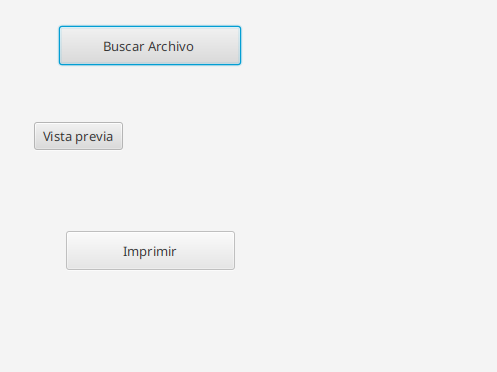
Repository: Johan2809/ImpresoraTest
Program's window: java ws/Impresora/src/application/Aplicacion.java
The author's editor kept a copy of each file at every save. The program's window is drawn from the files as they stood at one save, then again after the next save.
It runs on Java 21 on a 1366 x 768 screen with JavaFX 11; the title bar is not drawn.

Above is the program's window before, as saved 2023-04-17 04:47:16.

After the next save:
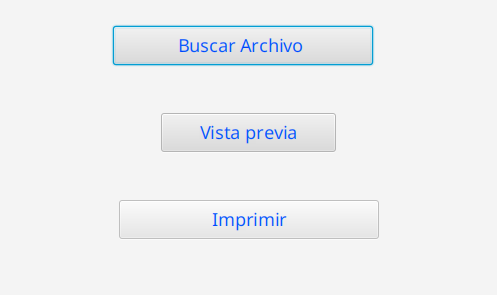
Saved 14 s later.
--- a/ws/Impresora/src/views/VentanaImpresionView.fxml
+++ b/ws/Impresora/src/views/VentanaImpresionView.fxml
@@ -1,18 +1,27 @@
 <?xml version="1.0" encoding="UTF-8"?>
 
+<?import javafx.scene.text.*?>
 <?import javafx.scene.image.*?>
 <?import javafx.scene.control.*?>
 <?import java.lang.*?>
 <?import javafx.scene.layout.*?>
 <?import javafx.scene.layout.AnchorPane?>
 
-<AnchorPane prefHeight="372.0" prefWidth="300.0" xmlns="http://javafx.com/javafx/8" xmlns:fx="http://javafx.com/fxml/1" fx:controller="controllers.VentanaImpresionController">
+<AnchorPane prefHeight="295.0" prefWidth="497.0" xmlns="http://javafx.com/javafx/8" xmlns:fx="http://javafx.com/fxml/1" fx:controller="controllers.VentanaImpresionController">
    <children>
-      <Button fx:id="btnBuscar" layoutX="59.0" layoutY="26.0" mnemonicParsing="false" onAction="#BuscarArchivo" prefHeight="39.0" prefWidth="182.0" text="Buscar Archivo " />
-      <Button fx:id="btnImprimir" layoutX="66.0" layoutY="231.0" mnemonicParsing="false" onAction="#ImprimirArchivo" prefHeight="39.0" prefWidth="169.0" text="Imprimir" />
-      <Label fx:id="lblArchivoSeleccionado" layoutX="12.0" layoutY="65.0" prefHeight="48.0" prefWidth="293.0" />
-      <Button fx:id="btnVistaPrevia" layoutX="34.0" layoutY="122.0" onAction="#mostrarVistaPrevia" text="Vista previa" />
-      <VBox fx:id="contenedorVbox" layoutX="200.0" layoutY="89.0" prefHeight="123.0" prefWidth="82.0" />
+      <Button fx:id="btnBuscar" layoutX="113.0" layoutY="26.0" mnemonicParsing="false" onAction="#BuscarArchivo" prefHeight="39.0" prefWidth="260.0" text="Buscar Archivo " textFill="#0059ff">
+         <font>
+            <Font name="Bodoni MT" size="18.0" />
+         </font></Button>
+      <Button fx:id="btnImprimir" layoutX="119.0" layoutY="200.0" mnemonicParsing="false" onAction="#ImprimirArchivo" prefHeight="39.0" prefWidth="260.0" text="Imprimir" textFill="#0059ff">
+         <font>
+            <Font name="Bodoni MT" size="18.0" />
+         </font></Button>
+      <Label fx:id="lblArchivoSeleccionado" layoutX="12.0" layoutY="65.0" prefHeight="48.0" prefWidth="485.0" styleClass="label-style" />
+      <Button fx:id="btnVistaPrevia" layoutX="161.0" layoutY="113.0" onAction="#mostrarVistaPrevia" prefHeight="39.0" prefWidth="175.0" styleClass="button-style" text="Vista previa" textFill="#0059ff">
+         <font>
+            <Font name="Bodoni MT" size="18.0" />
+         </font></Button>
 
    </children>
 </AnchorPane>
